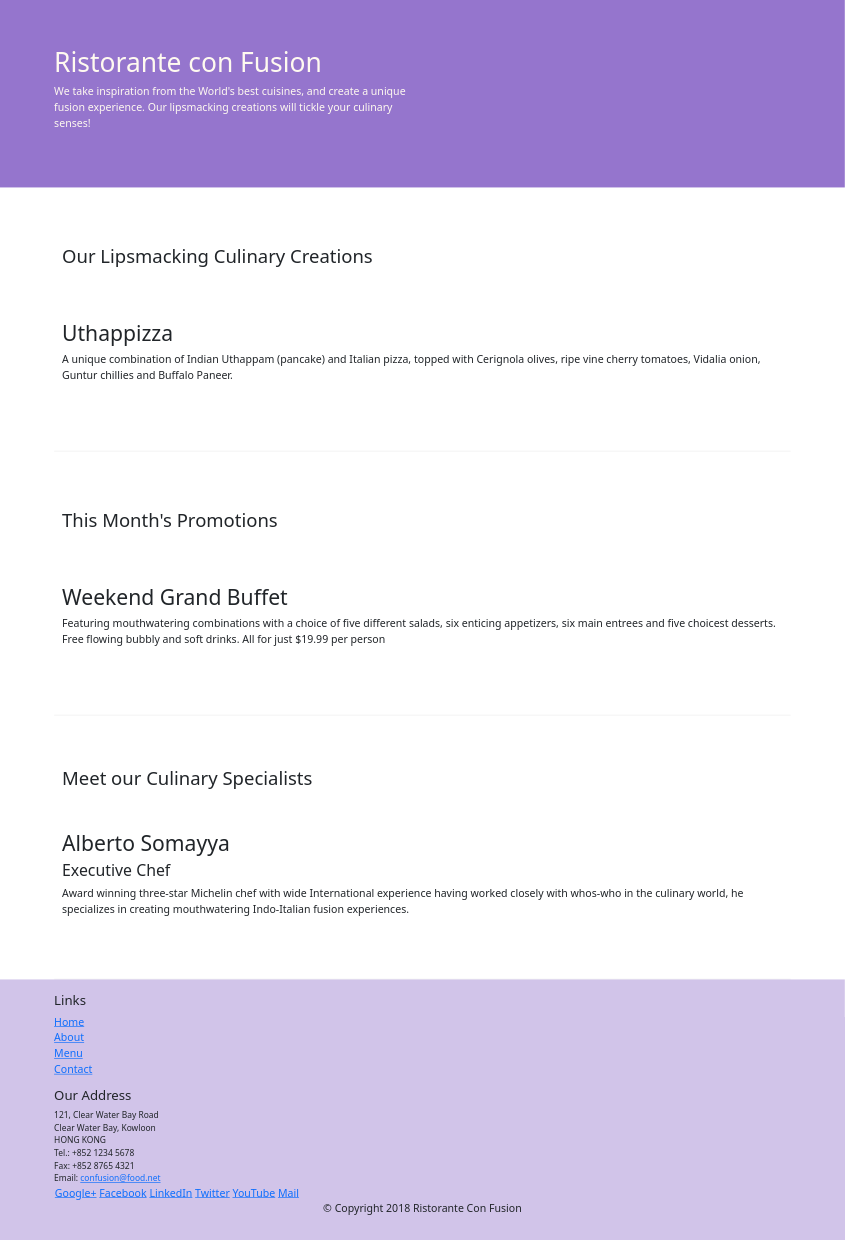
Repository: devjeremyjake/confusion
Page: index.html
The author's editor kept a copy of each file at every save. The page is drawn from the files as they stood at one save, then again after the next save.
The browser window is 1280 px wide. The pictures show the whole page, at 66% of full size.
Some web libraries are served in a nearby version.

Above is the page before, as saved 2020-01-30 15:51:19.

After the next save:
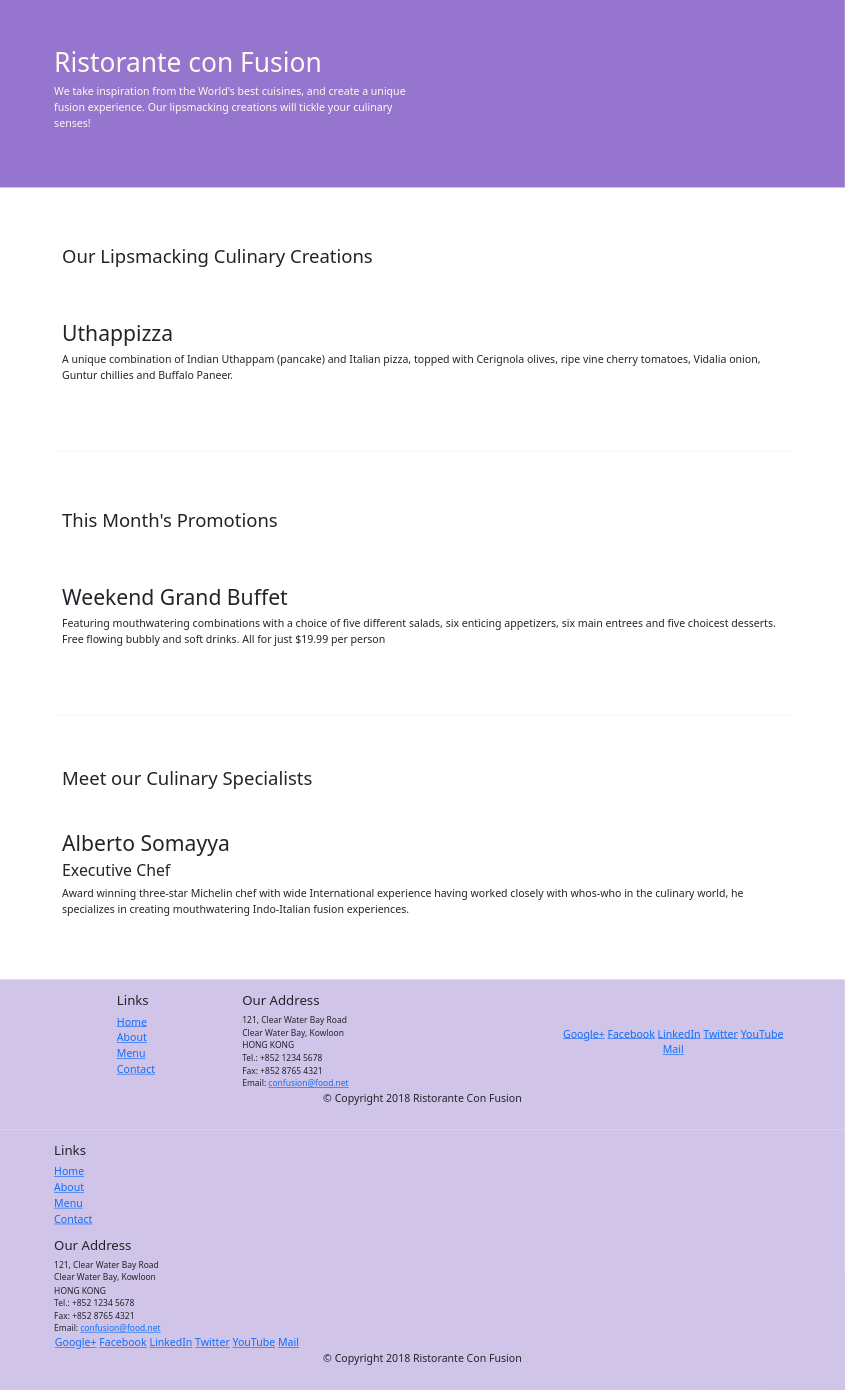
Saved 42 s later.
--- a/index.html
+++ b/index.html
@@ -57,7 +57,47 @@
             </div>
         </div>
     </div>
-
+    <footer class="footer">
+        <div class="container">
+            <div class="row">
+                <div class="col-4 offset-1 col-sm-2">
+                    <h5>Links</h5>
+                    <ul class="list-unstyled">
+                        <li><a href="#">Home</a></li>
+                        <li><a href="#">About</a></li>
+                        <li><a href="#">Menu</a></li>
+                        <li><a href="#">Contact</a></li>
+                    </ul>
+                </div>
+                <div class="col-7 col-sm-5">
+                    <h5>Our Address</h5>
+                    <address>
+		              121, Clear Water Bay Road<br>
+		              Clear Water Bay, Kowloon<br>
+		              HONG KONG<br>
+		              Tel.: +852 1234 5678<br>
+		              Fax: +852 8765 4321<br>
+		              Email: <a href="mailto:confusion@food.net">confusion@food.net</a>
+		           </address>
+                </div>
+                <div class="col-12 col-sm-4 align-self-center">
+                    <div class="text-center">
+                        <a href="http://google.com/+">Google+</a>
+                        <a href="http://www.facebook.com/profile.php?id=">Facebook</a>
+                        <a href="http://www.linkedin.com/in/">LinkedIn</a>
+                        <a href="http://twitter.com/">Twitter</a>
+                        <a href="http://youtube.com/">YouTube</a>
+                        <a href="mailto:">Mail</a>
+                    </div>
+                </div>
+           </div>
+           <div class="row justify-content-center">
+                <div class="col-auto">
+                    <p>© Copyright 2018 Ristorante Con Fusion</p>
+                </div>
+           </div>
+        </div>
+    </footer>
     <footer class="footer">
         <div class=" container">
             <div>
